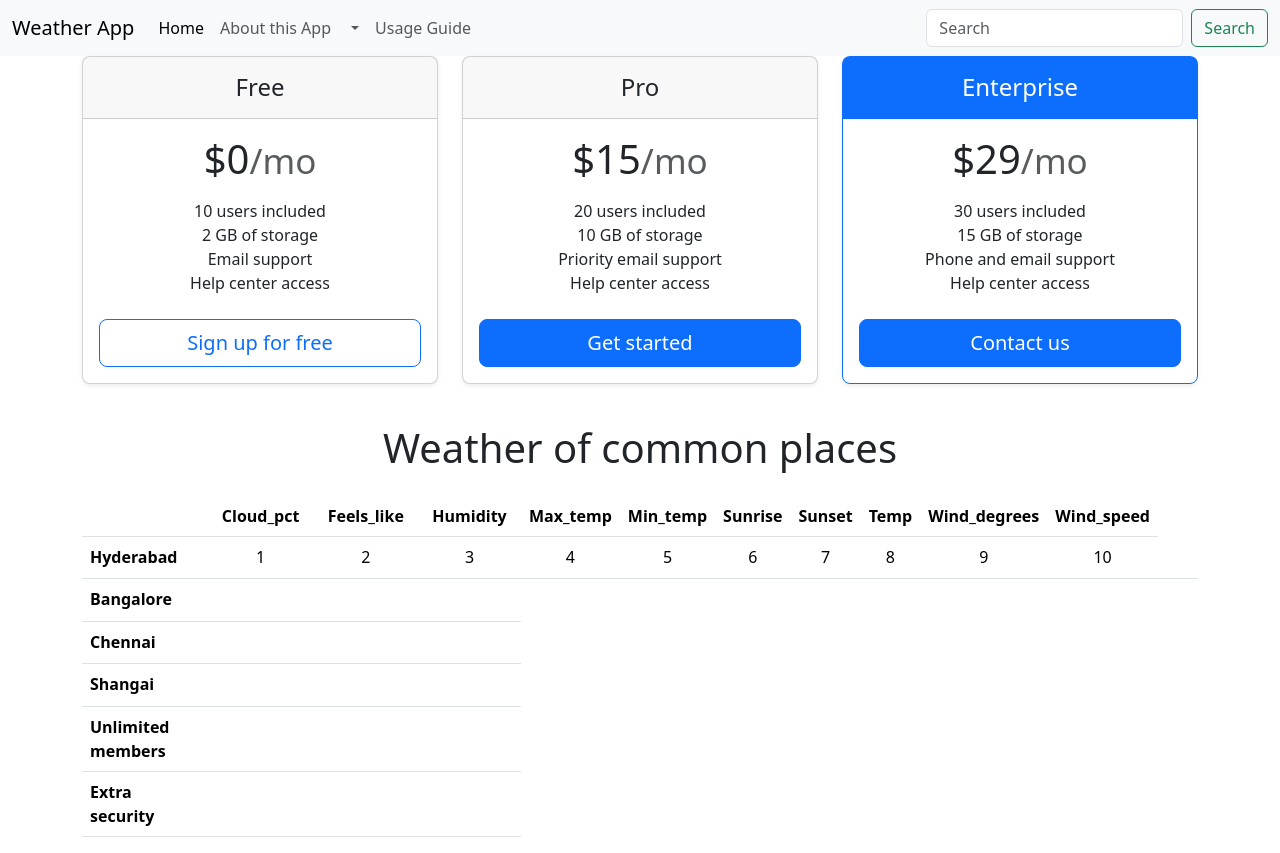
Repository: Abhilash2909/weather
Page: index.html
The author's editor kept a copy of each file at every save. The page is drawn from the files as they stood at one save, then again after the next save.
The browser window is 1280 px wide. The pictures show the whole page.
The page's requests for data from a server got no answer.

Above is the page before, as saved 2024-02-11 10:41:25.

### index.html
<!doctype html>
<html lang="en">
  <head>
    <meta charset="utf-8">
    <meta name="viewport" content="width=device-width, initial-scale=1">
    <title>My Weather App</title>
    <link href="https://cdn.jsdelivr.net/npm/bootstrap@5.3.2/dist/css/bootstrap.min.css" rel="stylesheet" integrity="sha384-T3c6CoIi6uLrA9TneNEoa7RxnatzjcDSCmG1MXxSR1GAsXEV/Dwwykc2MPK8M2HN" crossorigin="anonymous">
  </head>
  <body>
    <nav class="navbar navbar-expand-lg bg-body-tertiary">
        <div class="container-fluid">
          <a class="navbar-brand" href="#">Weather App</a>
          <button class="navbar-toggler" type="button" data-bs-toggle="collapse" data-bs-target="#navbarSupportedContent" aria-controls="navbarSupportedContent" aria-expanded="false" aria-label="Toggle navigation">
            <span class="navbar-toggler-icon"></span>
          </button>
          <div class="collapse navbar-collapse" id="navbarSupportedContent">
            <ul class="navbar-nav me-auto mb-2 mb-lg-0">
              <li class="nav-item">
                <a class="nav-link active" aria-current="page" href="#">Home</a>
              </li>
              <li class="nav-item">
                <a class="nav-link" href="#">About this App</a>
              </li>
              <li class="nav-item dropdown">
                <a class="nav-link dropdown-toggle" href="#" role="button" data-bs-toggle="dropdown" aria-expanded="false">
                </a>
                <ul class="dropdown-menu">
                  <li><a class="dropdown-item" href="#">Delhi</a></li>
                  <li><a class="dropdown-item" href="#">Seattle</a></li>
                  <li><hr class="dropdown-divider"></li>
                  <li><a class="dropdown-item" href="#">Bangalore</a></li>
                </ul>
              </li>
              <li class="nav-item">
                <a class="nav-link" aria-disabled="true">Usage Guide</a>
              </li>
            </ul>
            <form class="d-flex" role="search">
              <input class="form-control me-2" type="search" placeholder="Search" aria-label="Search">
              <button class="btn btn-outline-success" type="submit">Search</button>
            </form>
          </div>
        </div>
      </nav>

      <div class="container"><main>
        <div class="row row-cols-1 row-cols-md-3 mb-3 text-center">
          <div class="col">
            <div class="card mb-4 rounded-3 shadow-sm">
              <div class="card-header py-3">
                <h4 class="my-0 fw-normal">Free</h4>
              </div>
              <div class="card-body">
                <h1 class="card-title pricing-card-title">$0<small class="text-body-secondary fw-light">/mo</small></h1>
                <ul class="list-unstyled mt-3 mb-4">
                  <li>10 users included</li>
                  <li>2 GB of storage</li>
                  <li>Email support</li>
                  <li>Help center access</li>
                </ul>
                <button type="button" class="w-100 btn btn-lg btn-outline-primary">Sign up for free</button>
              </div>
            </div>
          </div>
          <div class="col">
            <div class="card mb-4 rounded-3 shadow-sm">
              <div class="card-header py-3">
                <h4 class="my-0 fw-normal">Pro</h4>
              </div>
              <div class="card-body">
                <h1 class="card-title pricing-card-title">$15<small class="text-body-secondary fw-light">/mo</small></h1>
                <ul class="list-unstyled mt-3 mb-4">
                  <li>20 users included</li>
                  <li>10 GB of storage</li>
                  <li>Priority email support</li>
                  <li>Help center access</li>
                </ul>
                <button type="button" class="w-100 btn btn-lg btn-primary">Get started</button>
              </div>
            </div>
          </div>
          <div class="col">
            <div class="card mb-4 rounded-3 shadow-sm border-primary">
              <div class="card-header py-3 text-bg-primary border-primary">
                <h4 class="my-0 fw-normal">Enterprise</h4>
              </div>
              <div class="card-body">
                <h1 class="card-title pricing-card-title">$29<small class="text-body-secondary fw-light">/mo</small></h1>
                <ul class="list-unstyled mt-3 mb-4">
                  <li>30 users included</li>
                  <li>15 GB of storage</li>
                  <li>Phone and email support</li>
                  <li>Help center access</li>
                </ul>
                <button type="button" class="w-100 btn btn-lg btn-primary">Contact us</button>
              </div>
            </div>
          </div>
        </div>

        <h2 class="display-6 text-center mb-4">Weather of common places</h2>

        <div class="table-responsive">
          <table class="table text-center">
            <thead>
              <tr>
                <th style="width: 34%;">   </th>
                <th style="width: 22%;"> Cloud_pct </th>
                <th style="width: 22%;"> Feels_like </th>
                <th style="width: 22%;"> Humidity </th>
                <th style="width: 22%;"> Max_temp </th>
                <th style="width: 22%;"> Min_temp </th>
                <th style="width: 22%;"> Sunrise </th>
                <th style="width: 22%;"> Sunset </th>
                <th style="width: 22%;"> Temp </th>
                <th style="width: 22%;"> Wind_degrees </th>
                <th style="width: 22%;"> Wind_speed </th>
              </tr>
            </thead>
            <tbody>
              <tr>
                <th scope="row" class="text-start">Hyderabad</th>
                <td>1</td>
                <td>2</td>
                <td>3</td>
                <td>4</td>
                <td>5</td>
                <td>6</td>
                <td>7</td>
                <td>8</td>
                <td>9</td>
                <td>10</td>

                <td><svg class="bi" width="24" height="24"><use xlink:href="#check"></use></svg></td>
              </tr>
              <tr>
                <th scope="row" class="text-start">Bangalore</th>
                <td></td>
                <td><svg class="bi" width="24" height="24"><use xlink:href="#check"></use></svg></td>
                <td><svg class="bi" width="24" height="24"><use xlink:href="#check"></use></svg></td>
              </tr>
            </tbody>

            <tbody>
              <tr>
                <th scope="row" class="text-start">Chennai</th>
                <td><svg class="bi" width="24" height="24"><use xlink:href="#check"></use></svg></td>
                <td><svg class="bi" width="24" height="24"><use xlink:href="#check"></use></svg></td>
                <td><svg class="bi" width="24" height="24"><use xlink:href="#check"></use></svg></td>
              </tr>
              <tr>
                <th scope="row" class="text-start">Shangai</th>
                <td></td>
                <td><svg class="bi" width="24" height="24"><use xlink:href="#check"></use></svg></td>
                <td><svg class="bi" width="24" height="24"><use xlink:href="#check"></use></svg></td>
              </tr>
              <tr>
                <th scope="row" class="text-start">Unlimited members</th>
                <td></td>
                <td><svg class="bi" width="24" height="24"><use xlink:href="#check"></use></svg></td>
                <td><svg class="bi" width="24" height="24"><use xlink:href="#check"></use></svg></td>
              </tr>
              <tr>
                <th scope="row" class="text-start">Extra security</th>
                <td></td>
                <td></td>
                <td><svg class="bi" width="24" height="24"><use xlink:href="#check"></use></svg></td>
              </tr>
            </tbody>
          </table>
        </div>
      </main></div>
    <script src="https://cdn.jsdelivr.net/npm/bootstrap@5.3.2/dist/js/bootstrap.bundle.min.js" integrity="sha384-C6RzsynM9kWDrMNeT87bh95OGNyZPhcTNXj1NW7RuBCsyN/o0jlpcV8Qyq46cDfL" crossorigin="anonymous"></script>
    <script src="script.js"></script>
</body>
</html>

### script.js
// const options = {
// method: 'GET',
// headers: {
//         'X-RapidAPI-Key': 'b45e96323fmshf5e4bc50d3b8a90p1e091djsnfb21cde4eb87',
// '       X-RapidAPI-Host': 'weather-by-api-ninjas.p.rapidapi.com'
//     }
// };

// fetch('https://weather-by-api-ninjas.p.rapidapi.com/v1/weather?city=Seattle', options)
//     .then(response => response.json())
//     .then(response => console.log(response))
//     .catch(err => console.error(err));



const options = {
    method: 'GET',
    headers: {
      'X-RapidAPI-Key': 'b45e96323fmshf5e4bc50d3b8a90p1e091djsnfb21cde4eb87',
      'X-RapidAPI-Host': 'weather-by-api-ninjas.p.rapidapi.com'
    }
  };

  fetch('https://weather-by-api-ninjas.p.rapidapi.com/v1/weather?city=Seattle', options)
    .then(response => response.json())
    .then(data => console.log(data))
    .catch(error => console.error(error));

After the next save:
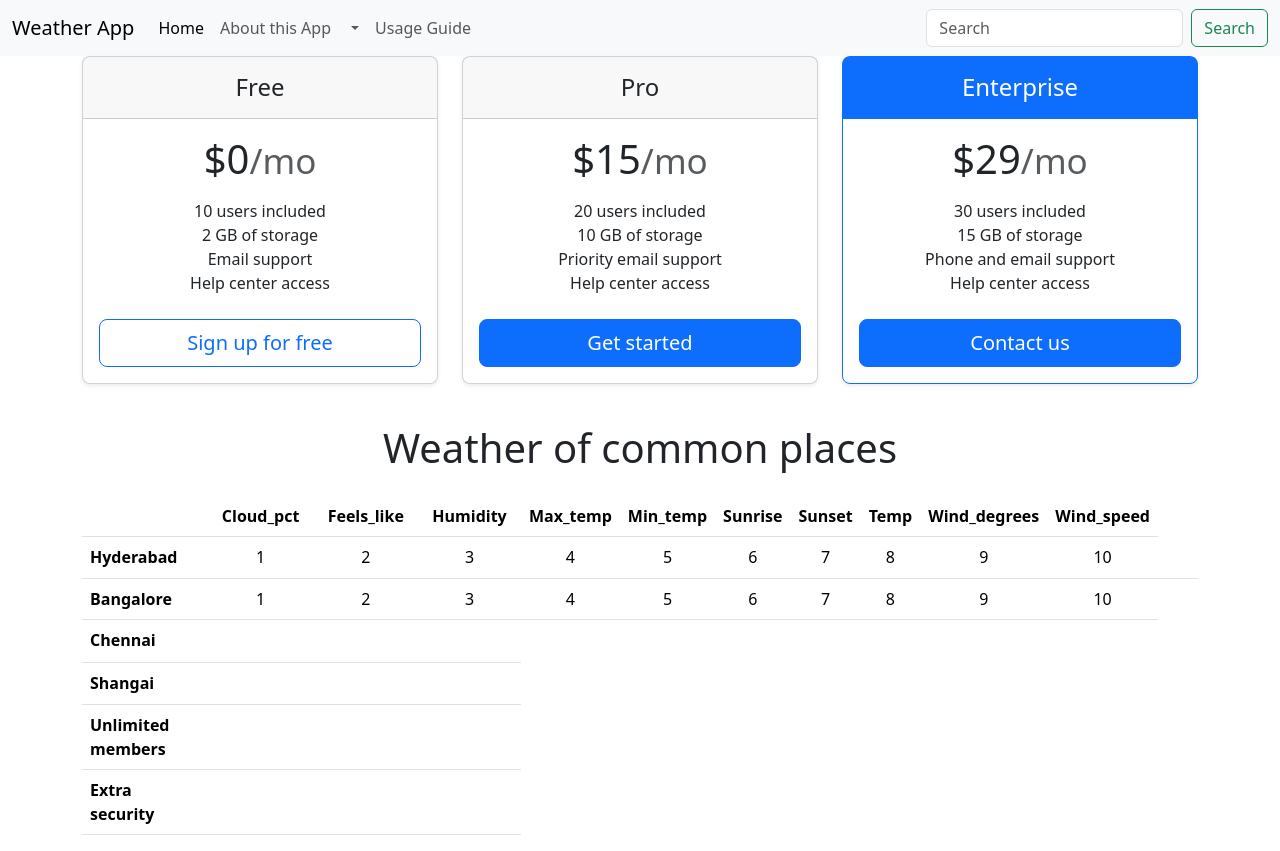
Saved 95 s later.
--- a/index.html
+++ b/index.html
@@ -135,9 +135,16 @@
               </tr>
               <tr>
                 <th scope="row" class="text-start">Bangalore</th>
-                <td></td>
-                <td><svg class="bi" width="24" height="24"><use xlink:href="#check"></use></svg></td>
-                <td><svg class="bi" width="24" height="24"><use xlink:href="#check"></use></svg></td>
+                <td>1</td>
+                <td>2</td>
+                <td>3</td>
+                <td>4</td>
+                <td>5</td>
+                <td>6</td>
+                <td>7</td>
+                <td>8</td>
+                <td>9</td>
+                <td>10</td>
               </tr>
             </tbody>
 
